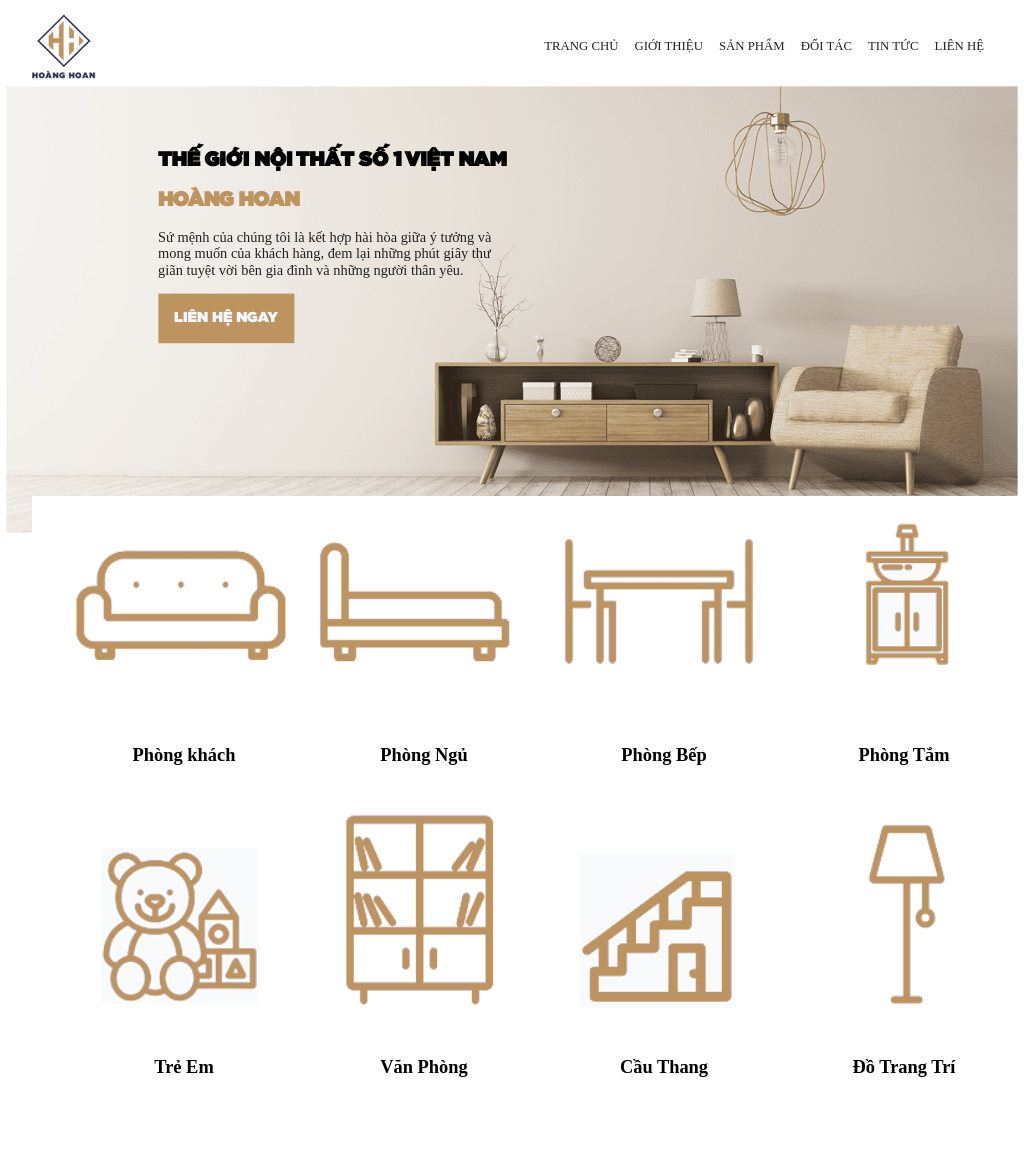
Repository: LDDUNG2003/front_end
Page: index.html
These files come from the project's save history. The page is drawn as it stood at one moment and after the next save; the edit follows.
The browser window is 1280 px wide. The pictures show the whole page, at 80% of full size.

Above is the page before, as saved 2023-08-28 22:38:29.

After the next save:
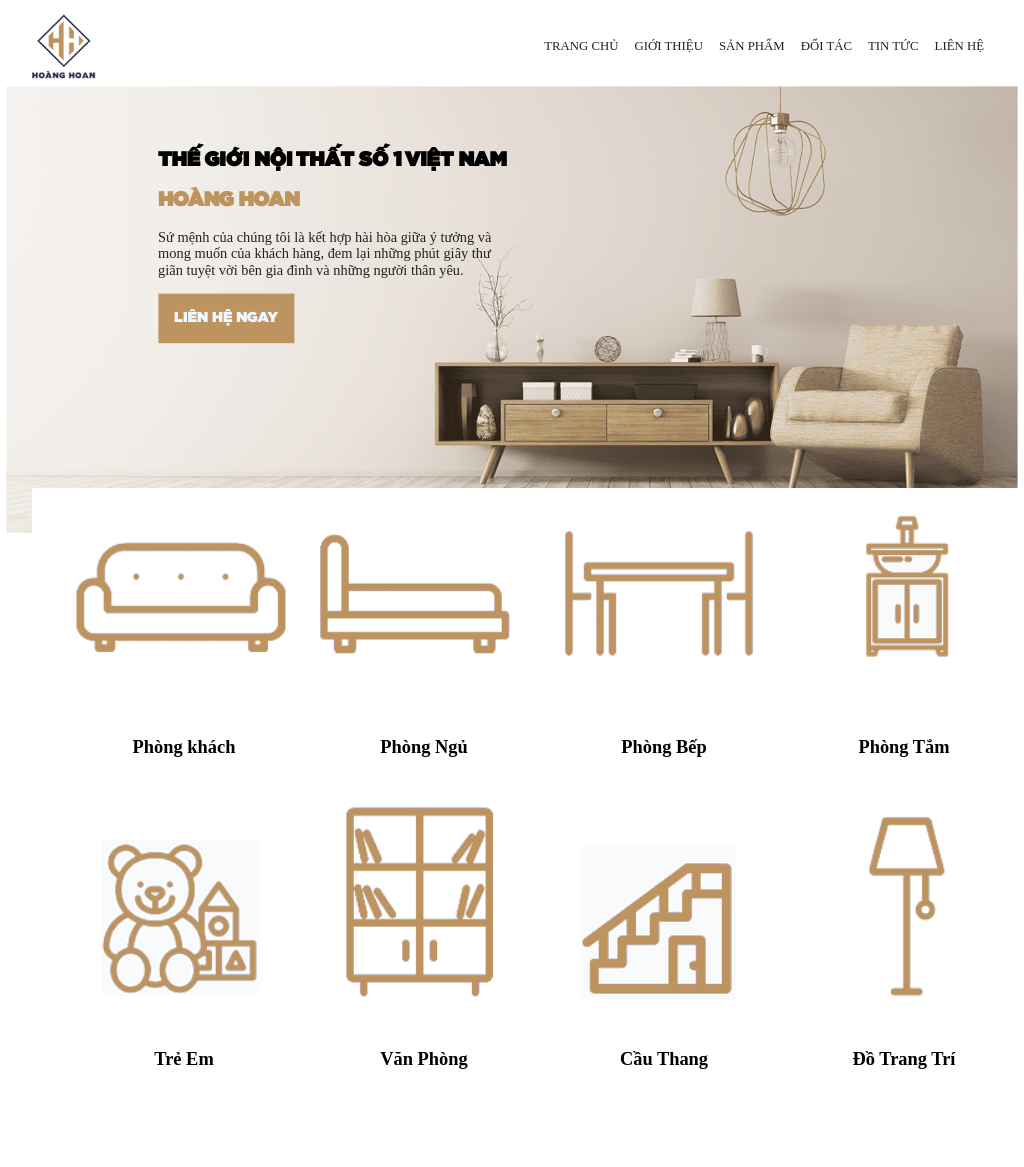
Saved 13 s later.
--- a/public/css/home.css
+++ b/public/css/home.css
@@ -51,7 +51,7 @@
 .content__focut {
     position: relative;
     background-color: #ffffff;
-    top: -50px;
+    top: -60px;
     max-width: 1200px;
     width: 100%;
     margin: auto;
